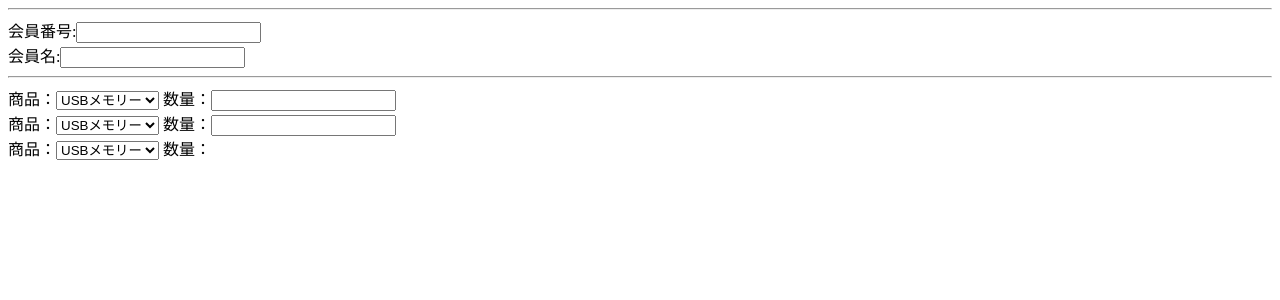
Repository: aiueo20/18ca0155
Page: SSP/kadai0204/WebContent/index.html
The author's editor kept a copy of each file at every save. The page is drawn from the files as they stood at one save, then again after the next save.
The browser window is 1280 px wide. The pictures show the whole page.

Above is the page before, as saved 2018-11-26 07:37:58.

### SSP/kadai0204/WebContent/index.html
<!DOCTYPE html>
<html>
<head>
<meta charset="UTF-8">
<title>kadai0204</title>
</head>
<body>
<form action="/kadai0204/BuyServlet" method="get">
<hr>
会員番号:<input type="text" name="kaiinnbangou"><br>
会員名:<input type="text" name="kaiinnmei"><br>
<hr>
商品：<select name="product1">
		<option>USBメモリー</option>
		<option>マウス</option>
	　</select>
数量：<input type="text" name="suuryou1">
<br>
商品：<select name="product1">
		<option>USBメモリー</option>
		<option>マウス</option>
	　</select>
数量：<input type="text" name="suuryou2">
<br>
商品：<select name="product1">
		<option>USBメモリー</option>
		<option>マウス</option>
	　</select>
数量：
<br>
</form>

</body>
</html>

After the next save:
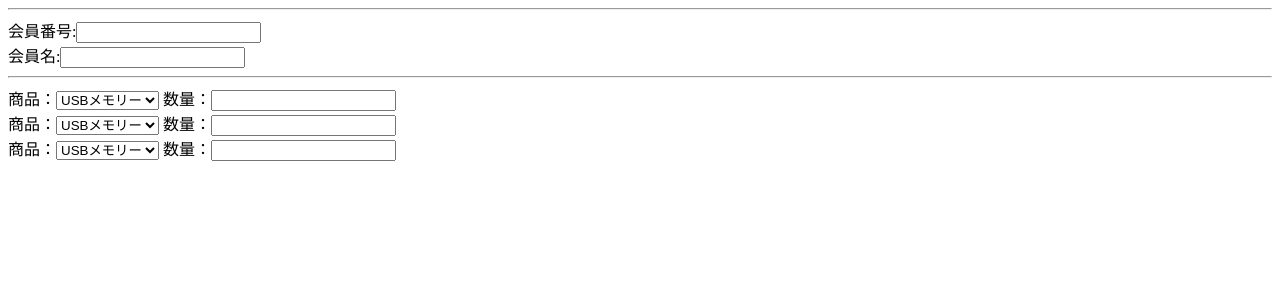
Saved 9 s later.
--- a/SSP/kadai0204/WebContent/index.html
+++ b/SSP/kadai0204/WebContent/index.html
@@ -26,7 +26,7 @@
 		<option>USBメモリー</option>
 		<option>マウス</option>
 	　</select>
-数量：
+数量：<input type="text" name="suuryou3">
 <br>
 </form>
 
